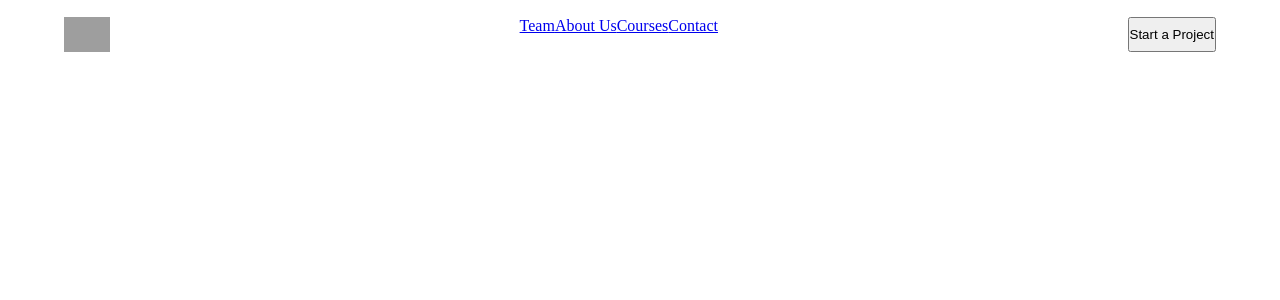
Repository: PraffulPatel27/Codehelp-Mini-Clone
Page: index.html
An editor plug-in stored every save of this project. The page is shown before and after a run of saves, followed by the edit.
The browser window is 1280 px wide. The pictures show the whole page.
Pictures or frames that could not be fetched are drawn as grey boxes.

Above is the page before, as saved 2024-02-24 19:56:10.

### index.html
<!DOCTYPE html>
<html lang="en">
<head>
    <meta charset="UTF-8">
    <meta name="viewport" content="width=device-width, initial-scale=1.0">
    <title>Codehelp Website Clone</title>
    <link rel="stylesheet" href="style.css">
    <link rel="icon" href="assets/logo.png" type="image/x-icon">
</head>
<body>

    <div class="wrapper">

        <nav>
            <div class="nav-container">
                <img src="assets/logo.png" alt="logo" class="logo">

                <ul class="nav-links">
                    <li><a href="#">Team</a></li>
                    <li><a href="#">About Us</a></li>
                    <li><a href="#">Courses</a></li>
                    <li><a href="#">Contact</a></li>
                </ul>

                <button class="start-btn">Start a Project</button>
            </div>
        </nav>

        <!-- <div class="container">

            <div class="box" id="header">header</div>
            <div class="box" id="main-content1">main 1</div>
            <div class="box" id="main-content2">main 2</div>
            <div class="box" id="footer">footer</div>
        </div> -->

    </div>
</body>
</html>

### style.css
* {
    margin: 0;
    padding: 0;
    box-sizing: border-box;
}

.wrapper {
    padding-left: 5%;
    padding-right: 5%;
}

.nav-container {
    display: flex;
    justify-content: space-between;
    padding-top: 1.5%;
    padding-bottom: 1%;
}

.nav-container img {
    width: 4%;
}

.nav-links {
    display: flex;
    justify-content: space-between;
    list-style-type: none;
}

.container {
    height: 100vh;
    background-color: aquamarine;
    border: 1px solid green;
    display: grid;

    grid-template-rows: 80px 1fr 1fr 100px;
    grid-template-columns: 1fr;
    grid-gap: 15px;

    grid-template-areas:
    "hd"
    "main1"
    "main2"
    "ft";
}

.box {
    border: 1px solid red;
    background-color: antiquewhite;

}

#header {
    grid-area: hd;
}

#main-content1 {
    grid-row: main1
}

#main-content2 {
    grid-row: main2
}

#footer {
    grid-area: ft;
}

After the next 2 saves:
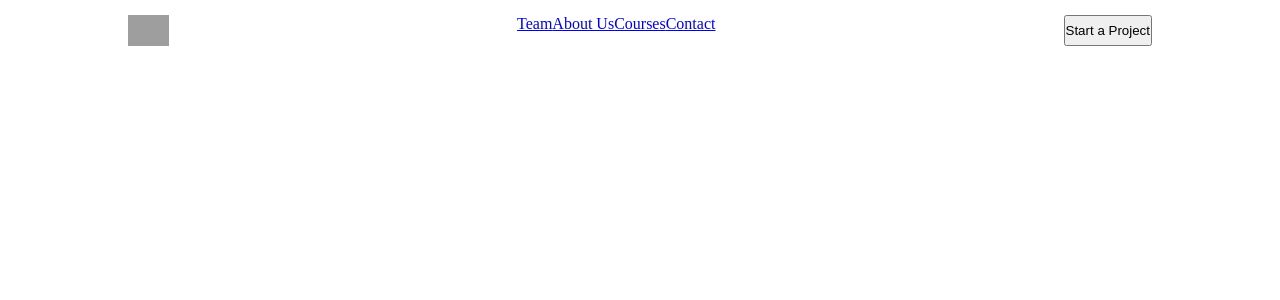
The 2 saves are shown as one change because they came seconds apart.
The last was saved 14 s later.
--- a/style.css
+++ b/style.css
@@ -5,8 +5,8 @@
 }
 
 .wrapper {
-    padding-left: 5%;
-    padding-right: 5%;
+    padding-left: 10%;
+    padding-right: 10%;
 }
 
 .nav-container {
